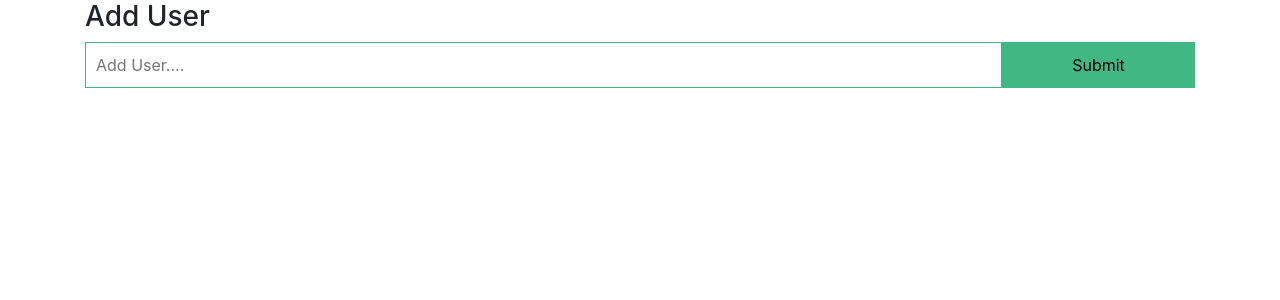
Repository: AbonyiXavier/consuming-User-Api
Page: /
These files come from the project's save history. The page is drawn as it stood at one moment and after the next save; the edit follows.
The browser window is 1280 px wide. The pictures show the whole page.
The page's requests for data from a server got no answer. The project was rebuilt for these pictures with package versions that can differ from the ones it lists, and the page was loaded fresh each time. No one was signed in, and anything a server would have sent is missing.

Above is the page before, as saved 2020-03-28 18:57:09.

### src/App.vue
<template>
  <div id="app">
    <div id="nav">
      <!-- <router-link to="/">Home</router-link>|
      <router-link to="/about">About</router-link>-->
    </div>
    <router-view />
  </div>
</template>

<style lang="scss">
</style>

### src/store/index.js
import Vue from "vue";
import Vuex from "vuex";
import axios from "axios";

Vue.use(Vuex);

export default new Vuex.Store({
  state: {
    users: []
  },

  getters: {
    allUsers: state => state.users
  },
  mutations: {
    setUsers: (state, users) => (state.users = users),
    newUser: (state, user) => state.users.unshift(user)
  },
  actions: {
    async fetchUsers({ commit }) {
      const response = await axios.get(
        "https://jsonplaceholder.typicode.com/users"
      );
      // console.log("my response", response.data);
      commit("setUsers", response.data);
    },
    async addUser({ commit }, name) {
      const response = await axios.post(
        "https://jsonplaceholder.typicode.com/users",
        {
          name
        }
      );
      console.log("my response", response.data);
      commit("newUser", response.data);
    }
  },
  modules: {}
});

### src/views/Home.vue
<template>
  <div class="container">
    <div class="mb-3">
      <AddUser />
    </div>
    <div class="users">
      <div v-for="user in allUsers" :key="user.id" class="user">{{ user.name }}</div>
    </div>
  </div>
</template>

<script>
// @ is an alias to /src
import { mapGetters, mapActions } from "vuex";
import AddUser from "../components/AddUser";
export default {
  name: "Home",
  methods: {
    ...mapActions(["fetchUsers"])
  },
  computed: mapGetters(["allUsers"]),
  created() {
    this.fetchUsers();
  },
  components: {
    AddUser
  }
};
</script>

<style scoped>
.users {
  display: grid;
  grid-template-columns: repeat(2, 1fr);
  grid-gap: 1rem;
}

.user {
  border: 1px solid #ccc;
  background: #41b883;
  padding: 1rem;
  border-radius: 5px;
  text-align: center;
  position: relative;
  cursor: pointer;
}

i {
  position: absolute;
  bottom: 10px;
  right: 10px;
  color: #fff;
  cursor: pointer;
}
</style>

### src/components/AddUser.vue
<template>
  <div>
    <h3>Add User</h3>
    <div class="add">
      <form @submit.prevent="onSubmit">
        <input type="text" v-model="item" placeholder="Add User...." />
        <input type="submit" value="Submit" />
      </form>
    </div>
  </div>
</template>

<script>
import { mapActions } from "vuex";
export default {
  name: "AddUser",
  data() {
    return {
      item: ""
    };
  },
  methods: {
    ...mapActions(["addUser"]),

    onSubmit() {
      this.addUser(this.item);
      this.item = "";
    }
  }
};
</script>
<style scoped>
form {
  display: flex;
}
input[type="text"] {
  flex: 10;
  padding: 10px;
  border: 1px solid #41b883;
  outline: 0;
}
input[type="submit"] {
  flex: 2;
  background: #41b883;
  border: 1px solid #41b883;
  cursor: pointer;
}
</style>

Loaded but not shown: public/index.html (common file); src/main.js (common file); src/plugins/bootstrap-vue.js (common file); src/router/index.js (common file)

After the next save:
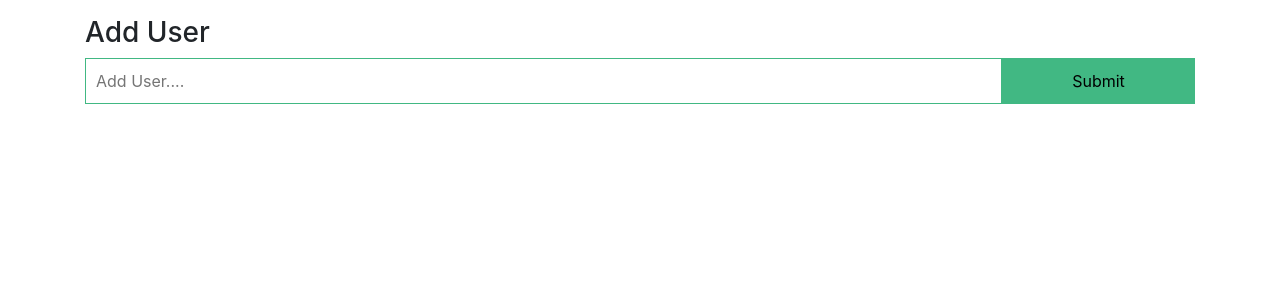
Saved 56 s later.
--- a/src/components/AddUser.vue
+++ b/src/components/AddUser.vue
@@ -1,5 +1,5 @@
 <template>
-  <div>
+  <div class="mt-3">
     <h3>Add User</h3>
     <div class="add">
       <form @submit.prevent="onSubmit">
